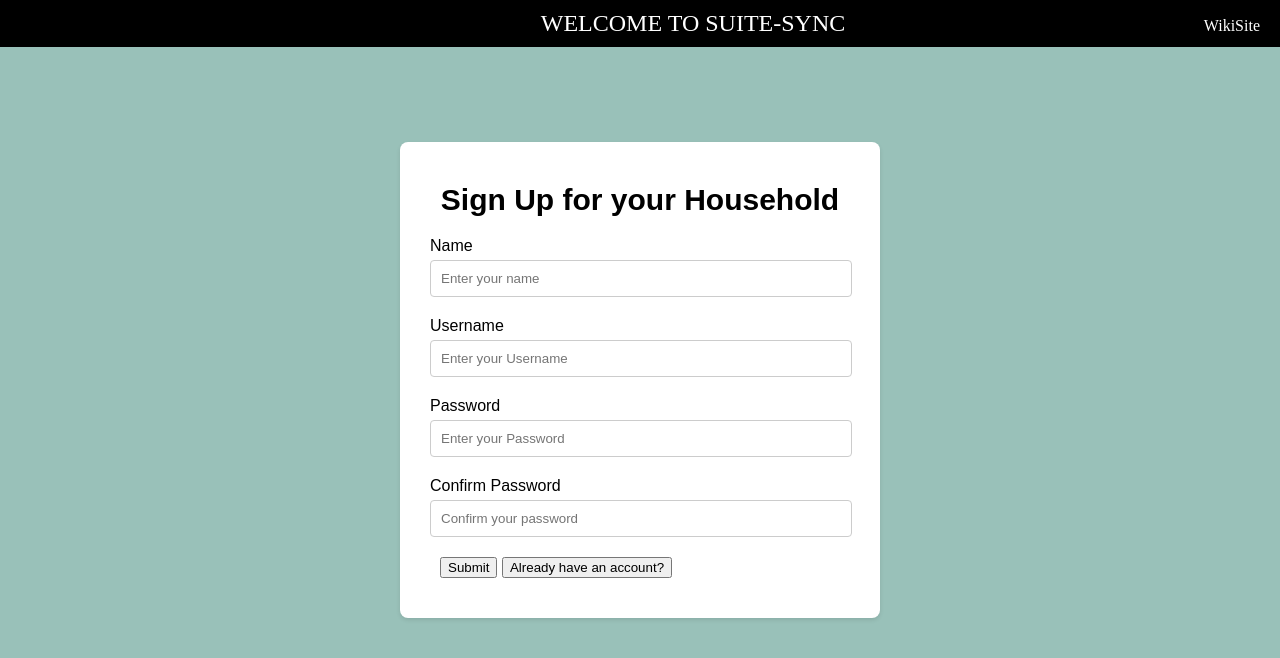
Repository: seojoonl/household-management-webapp
Page: http://localhost/201_final_project/signup.html
An editor plug-in stored every save of this project. The page is shown before and after the next save, followed by the edit.
The browser window is 1280 px wide. The pictures show the whole page.
The page is served by Tomcat 9.

Above is the page before, as saved 2024-05-07 08:00:31.

After the next save:
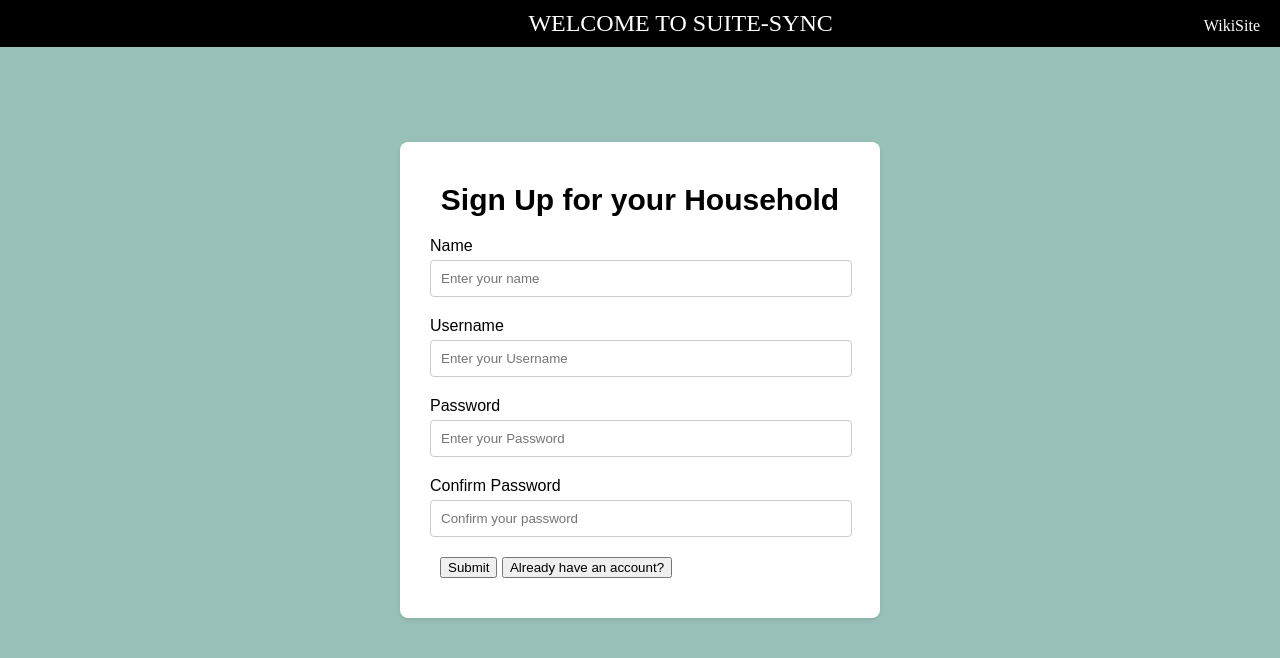
Saved 5 s later.
--- a/201_final_project/src/main/webapp/style.css
+++ b/201_final_project/src/main/webapp/style.css
@@ -30,7 +30,7 @@ header .wiki {
 
 header .household
 {
-    margin-left: 42%;
+    margin-left: 41%;
     margin-right: auto;
 }
 
